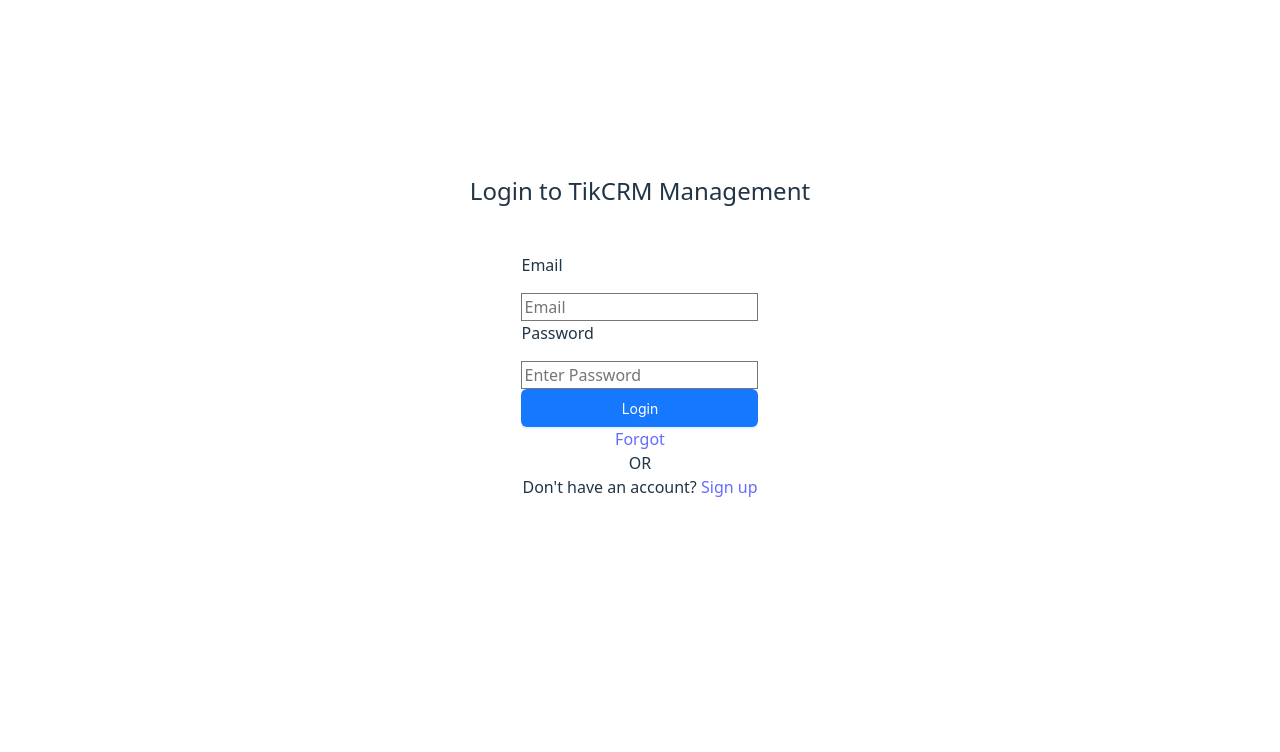
Repository: chaolaolo/tikcrm-fe
Page: /
An editor plug-in stored every save of this project. The page is shown before and after the next save, followed by the edit.
The browser window is 1280 px wide. The pictures show the whole page.
The project was rebuilt for these pictures with package versions that can differ from the ones it lists, and the page was loaded fresh each time. Also part of the build but not shown: vite.config.ts, src/pages/Home/Settings.tsx, src/pages/Home/HomePage.tsx. Imported but missing from the stored project, and not drawn on this page: src/pages/Home/Dashboard, src/pages/Register/RegisterPage.

Above is the page before, as saved 2025-05-22 18:29:34.

### src/main.tsx
import React, { StrictMode } from 'react'
import ReactDOM from 'react-dom/client';
import { createRoot } from 'react-dom/client'
import './index.css'
import { BrowserRouter } from 'react-router-dom';
import { AuthProvider } from './store/AuthContext.tsx';
import App from './App.tsx'
import 'antd/dist/reset.css';

ReactDOM.createRoot(document.getElementById('root')!).render(
  <React.StrictMode>
    <AuthProvider>
      <BrowserRouter>
        <App />
      </BrowserRouter>
    </AuthProvider>
  </React.StrictMode>
)

### src/store/AuthContext.tsx
import React, { createContext, useContext, useState, type ReactNode } from 'react';

interface AuthContextProps {
  isLoggedIn: boolean;
  login: () => void;
  logout: () => void;
}

const AuthContext = createContext<AuthContextProps | undefined>(undefined);

export const AuthProvider = ({ children }: { children: ReactNode }) => {
  const [isLoggedIn, setIsLoggedIn] = useState(false);

  const login = () => setIsLoggedIn(true);
  const logout = () => setIsLoggedIn(false);

  return (
    <AuthContext.Provider value={{ isLoggedIn, login, logout }}>
      {children}
    </AuthContext.Provider>
  );
};

export const useAuth = () => {
  const context = useContext(AuthContext);
  if (!context) throw new Error('useAuth must be used within AuthProvider');
  return context;
};

### src/App.tsx
import { useState } from 'react'
import reactLogo from './assets/react.svg'
import viteLogo from '/vite.svg'
import './App.css'
import { useAuth } from './store/AuthContext';
import { Navigate, Route, Routes } from 'react-router-dom';
import LoginPage from './pages/Auth/LoginPage';
import RegisterPage from './pages/Register/RegisterPage';
import HomePage from './pages/Home/HomePage';
const App = () => {
  const { isLoggedIn } = useAuth();

  return (
    <Routes>
      <Route path="/login" element={<LoginPage />} />
      <Route path="/register" element={<RegisterPage />} />
      <Route
        path="/home/*"
        element={isLoggedIn ? <HomePage /> : <Navigate to="/login" />}
      />
      <Route path="*" element={<Navigate to={isLoggedIn ? "/home" : "/login"} />} />
    </Routes>
  );
};

export default App;

### src/pages/Auth/LoginPage.tsx
import React, { useState } from 'react';
import './Login.css';
import { Link } from 'react-router-dom';
import { Button } from 'antd';
import Divider from '../../core/Divider/Divider';

const LoginPage = () => {
  const [email, setEmail] = useState('');
  const [password, setPassword] = useState('');

  return (
    <div className="flex justify-center flex-col items-center h-screen">
      <div className='text-center mt-5 mb-5'>
        <h2 className='text-2xl'>Login to TikCRM Management</h2>
      </div>
      <div className='card'>
        <div className='card-body'>
          <div className='m-sm-4'>
            {/* <div className="w-110 p-12 bg-white rounded-lg shadow-md"> */}
              <form>
                <div className="mb-2 flex flex-col">
                  <p className="!mb-1 !p-0 text-left text-sm text-gray-500">Email</p>
                  <input
                    type="email"
                    placeholder="Email"
                    value={password}
                    onChange={(e) => setEmail(e.target.value)}
                    className="mt-0 border border-gray-300 rounded px-3 py-2 text-sm focus:outline-none focus:ring-2 focus:ring-blue-500"
                  />
                </div>
                <div className="mb-2 flex flex-col">
                  <p className="!mb-1 !p-0 text-left text-sm text-gray-500">Password</p>
                  <input
                    type="password"
                    placeholder="Enter Password"
                    value={password}
                    onChange={(e) => setPassword(e.target.value)}
                    className="mt-0 border border-gray-300 rounded px-3 py-2 text-sm focus:outline-none focus:ring-2 focus:ring-blue-500"
                  />
                </div>
                <div className='mt-2 mb-1'>
                  <Button
                    className='btn btn-primary pl-3 pr-3'
                    type='primary'
                    // onClick={handleLogin}
                    htmlType='submit'
                    // loading={isLoading}
                    style={{ height: '38px', width: '100%' }}>
                    Login
                  </Button>
                </div>
              </form>
              <Link to='/forgot-password' className='text-left'>
                Forgot
              </Link>
              <Divider text={('OR')} />
              <p>Don't have an account? <Link to="/register">Sign up</Link></p>
            {/* </div> */}
          </div>
        </div>
      </div>
    </div>
  );
};

export default LoginPage;

### src/core/Divider/Divider.tsx
// import "./styles.scss"

export default function Divider({ text }: { text: string }) {
    return (
        <div className="divider">
            <div className="divider-line"></div>
            <span className="divider-text text-sm text-gray-500">{text}</span>
            <div className="divider-line"></div>
        </div>
    )
}

### src/pages/Auth/Login.css

.custom-login-btn {
  background-color: #47bac1;
  color: white;
  border: none;
}

.custom-login-btn:hover {
  background-color: #1677ff; /* Ant Design primary blue */
  color: white;
}

Loaded but not shown: index.html (common file); src/index.css (common file); src/App.css (common file)

After the next save:
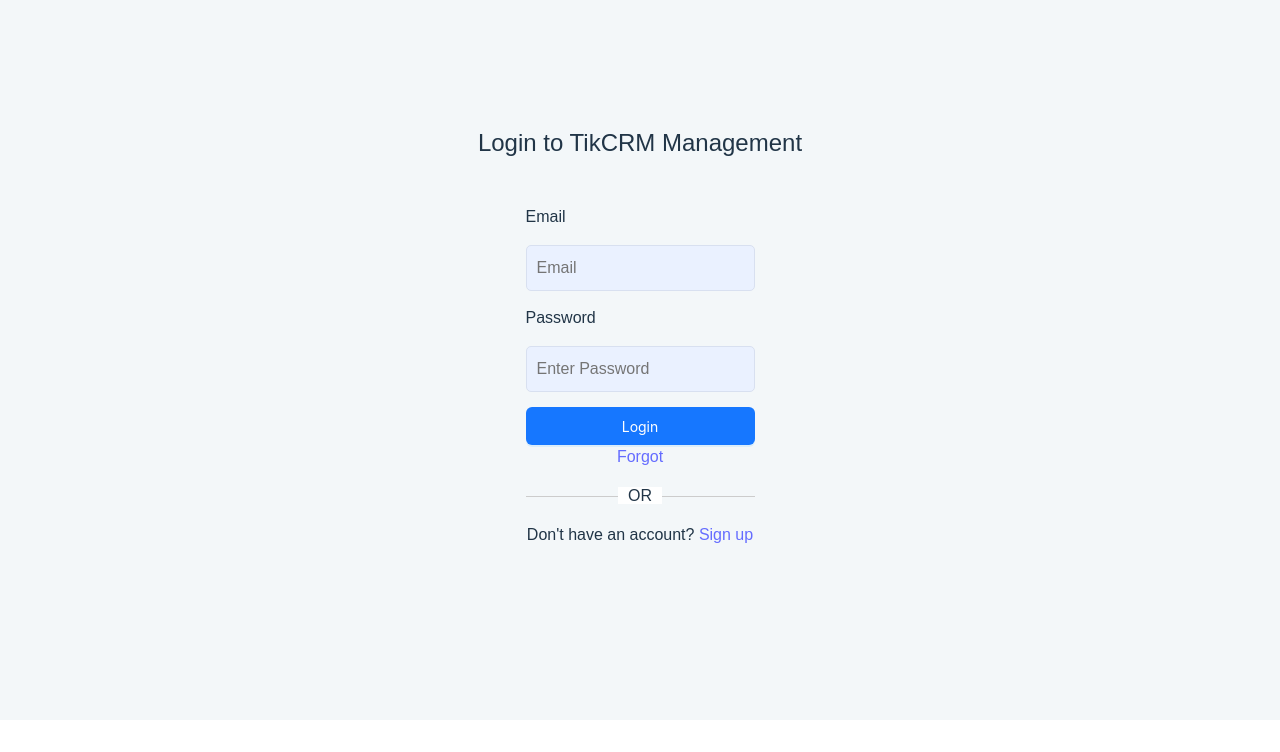
Saved 2 min 40 s later.
--- a/src/pages/Auth/Login.css
+++ b/src/pages/Auth/Login.css
@@ -9,3 +9,97 @@
   background-color: #1677ff; /* Ant Design primary blue */
   color: white;
 }
+
+
+
+body {
+  margin: 0;
+  font-family: Arial, sans-serif;
+  background-color: #f3f7f9;
+}
+
+.login-container {
+  display: flex;
+  justify-content: center;
+  align-items: center;
+  height: 100vh;
+}
+
+.login-box {
+  background: white;
+  padding: 40px 50px;
+  border-radius: 8px;
+  box-shadow: 0 5px 20px rgba(0,0,0,0.1);
+  width: 400px;
+  text-align: center;
+}
+
+.login-box h2 {
+  margin-bottom: 30px;
+}
+
+form {
+  display: flex;
+  flex-direction: column;
+  gap: 15px;
+}
+
+label {
+  text-align: left;
+  font-weight: bold;
+  font-size: 14px;
+}
+
+input {
+  padding: 10px;
+  border: 1px solid #d8e0f0;
+  border-radius: 5px;
+  background-color: #eaf1ff;
+}
+
+button {
+  background-color: #3cc0ca;
+  color: white;
+  padding: 10px;
+  border: none;
+  border-radius: 5px;
+  cursor: pointer;
+}
+
+button:hover {
+  background-color: #2babb6;
+}
+
+.login-links {
+  margin-top: 20px;
+  font-size: 14px;
+}
+
+.login-links a {
+  color: #3cc0ca;
+  text-decoration: none;
+}
+
+.divider {
+  margin: 15px 0;
+  position: relative;
+  text-align: center;
+}
+
+.divider span {
+  background-color: white;
+  padding: 0 10px;
+  position: relative;
+  z-index: 1;
+}
+
+.divider::before {
+  content: "";
+  height: 1px;
+  background-color: #ccc;
+  width: 100%;
+  position: absolute;
+  left: 0;
+  top: 50%;
+  z-index: 0;
+}
